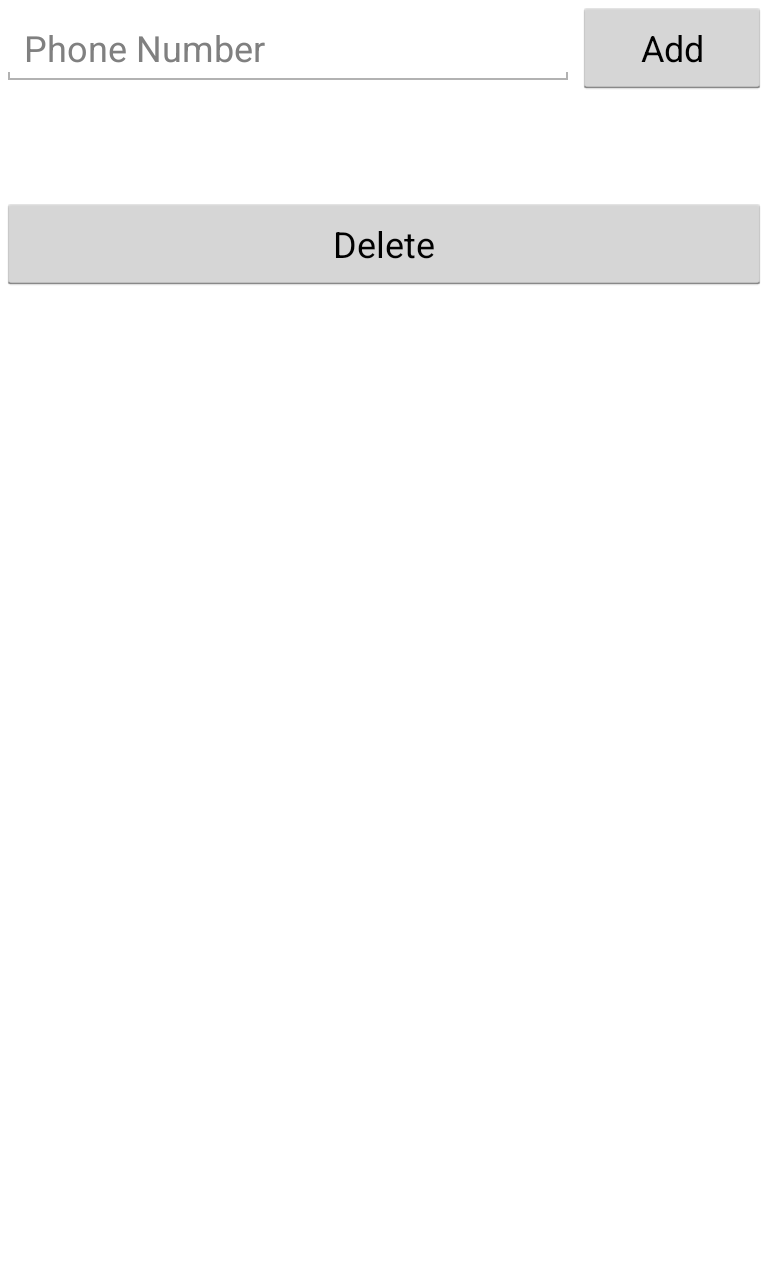
Repository: Liu-D-Henrry/Android
Layout: PhoneBlocker/res/layout/black_list_activity.xml
These files come from the project's save history. The layout is drawn as it stood at one moment and after the next save; the edit follows.
It is drawn on a 768 x 1280 px phone screen (xhdpi) without system bars, with theme AppTheme; the app's code is not run. Lists and similar views that code fills are empty.

Above is the layout before, as saved 2013-09-12 08:15:08.

After the next save:
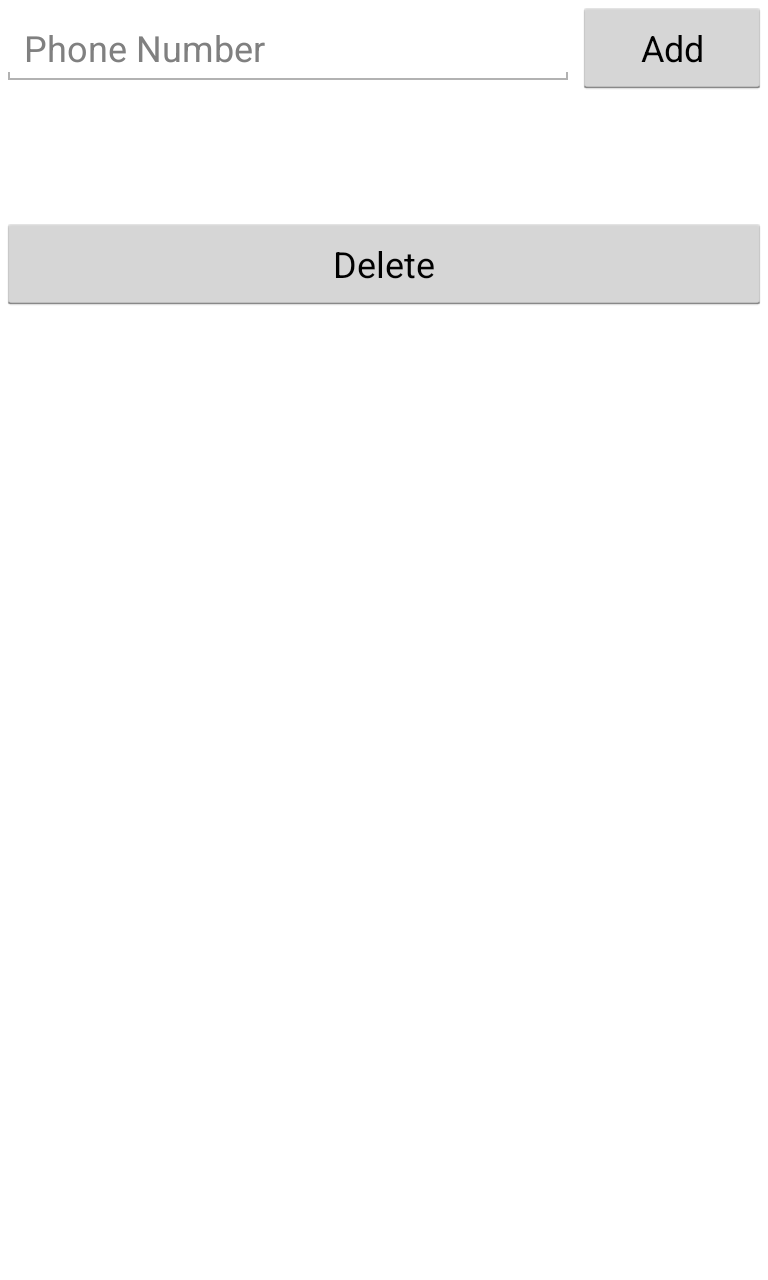
Saved 5 s later.
--- a/PhoneBlocker/res/layout/black_list_activity.xml
+++ b/PhoneBlocker/res/layout/black_list_activity.xml
@@ -29,7 +29,7 @@
         android:id="@+id/blacklist"
         android:layout_width="match_parent"
         android:layout_height="wrap_content"
-        android:layout_marginBottom="50dp" />
+        android:layout_marginBottom="60dp" />
 
     <Button
         android:id="@+id/delete"
